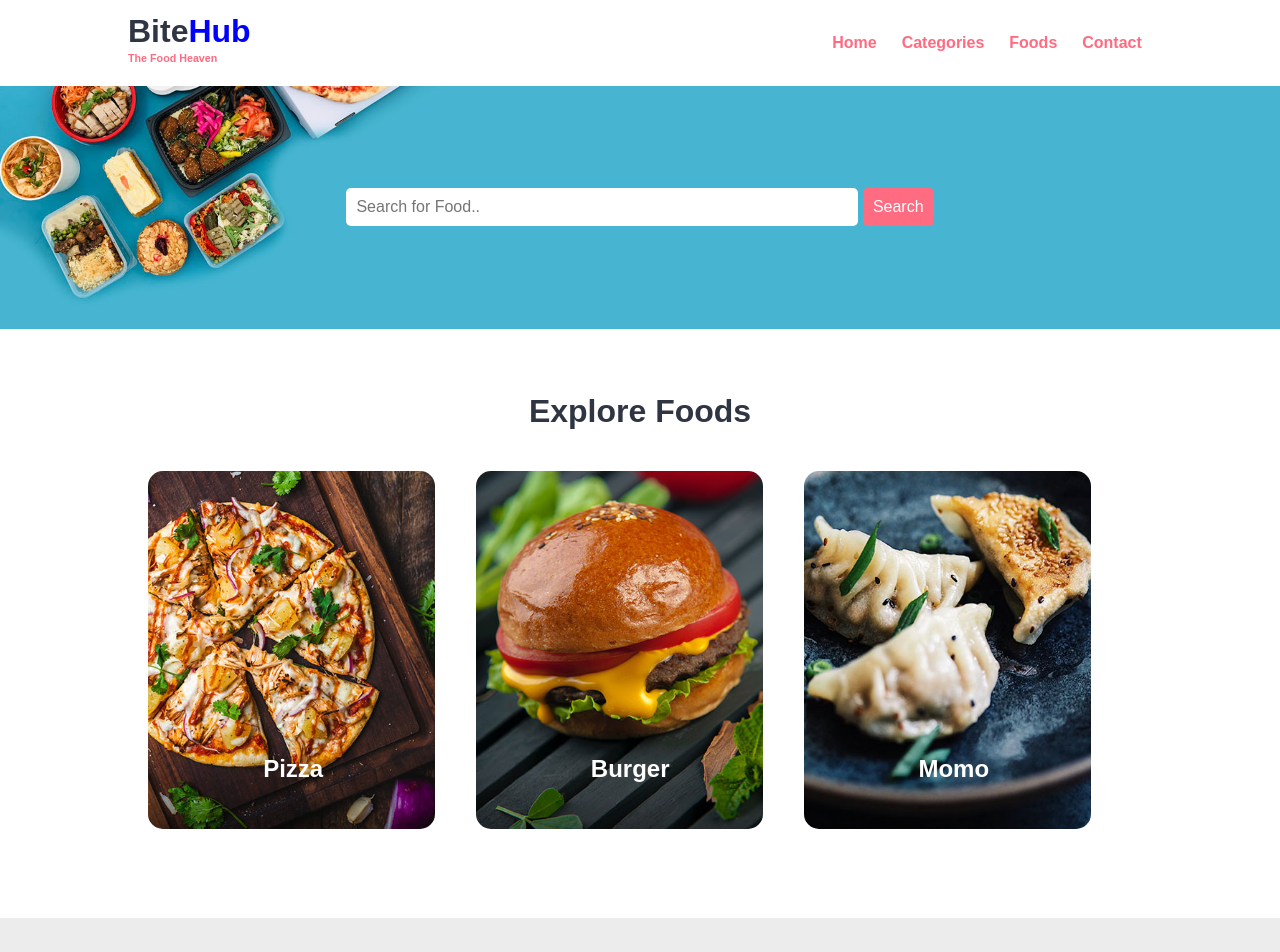
Repository: Saviour-Dagadu/food-order-front
Page: index.html
These files come from the project's save history. The page is drawn as it stood at one moment and after the next save; the edit follows.
The browser window is 1280 px wide. The pictures show the part of the page from y = 0 to 952 px (the page is 2170 px tall).
A picture or video elsewhere on the page could not be fetched, so the positions and the page height are approximate.

Above is the page before, as saved 2024-05-16 11:15:17.

After the next save:
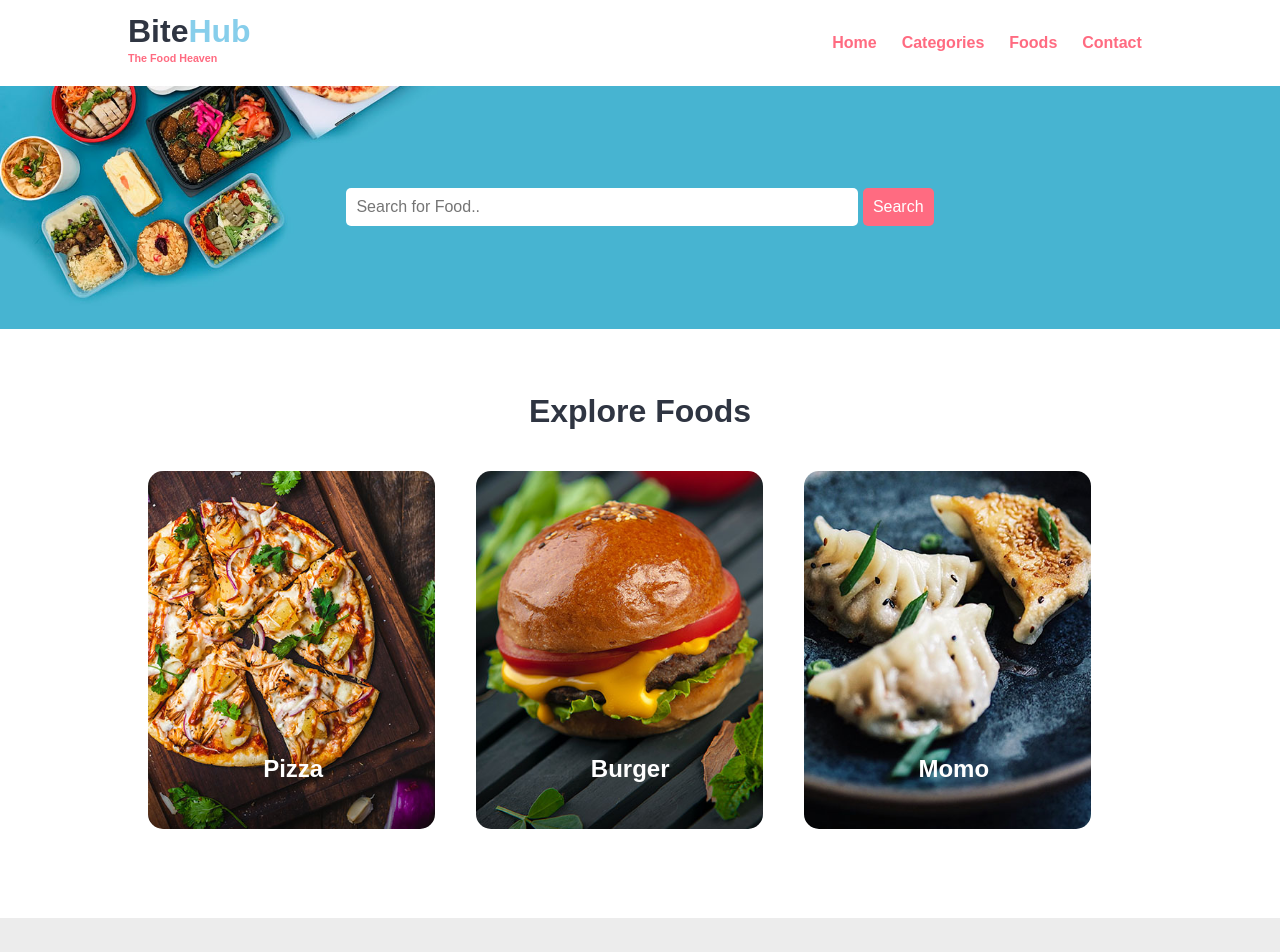
Saved 14 s later.
--- a/css/style.css
+++ b/css/style.css
@@ -94,7 +94,7 @@ fieldset{
     float: left;
 }
 .logo h2 span{
-    color: blue;
+    color: skyblue;
 }
 .menu{
     line-height: 60px;
